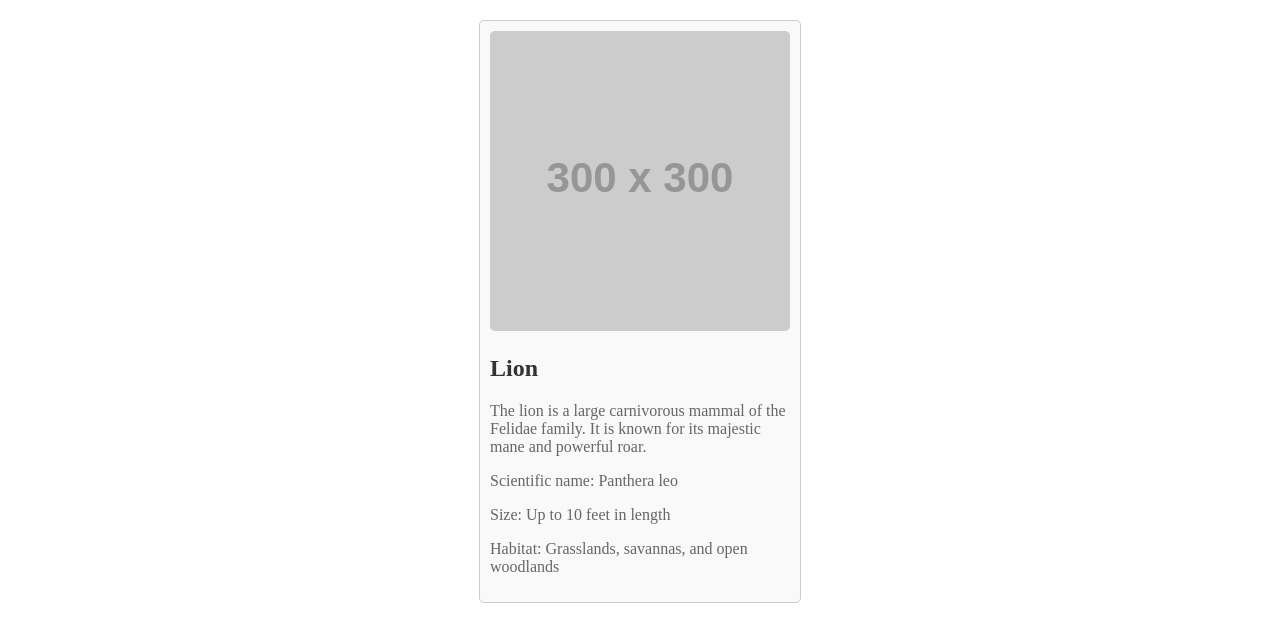
Repository: KingBoyMaylow/Animal-trading-card
Page: index.html
The author's editor kept a copy of each file at every save. The page is drawn from the files as they stood at one save, then again after the next save.
The browser window is 1280 px wide. The pictures show the whole page.

Above is the page before, as saved 2024-05-13 21:26:17.

### index.html
<!DOCTYPE html>
<html lang="en">
<head>
    <meta charset="UTF-8">
    <meta name="viewport" content="width=device-width, initial-scale=1.0">
    <title>Document</title>
</head>
<body>
    <style>C
    body {
        font-family: Arial, sans-serif;
        text-align: center;
    }
    .card {
        width: 300px;
        border: 1px solid #ccc;
        border-radius: 5px;
        margin: 20px auto;
        padding: 10px;
        background-color: #f9f9f9;
    }
    .card img {
        width: 100%;
        border-radius: 5px;
    }
    .card h2 {
        color: #333;
    }
    .card p {
        color: #666;
    }
</style>
</head>
<body>
    <div class="card">
        <img src="https://via.placeholder.com/300" alt="Lion">
        <h2>Lion</h2>
        <p>The lion is a large carnivorous mammal of the Felidae family. It is known for its majestic mane and powerful roar.</p>
        <p>Scientific name: Panthera leo</p>
        <p>Size: Up to 10 feet in length</p>
        <p>Habitat: Grasslands, savannas, and open woodlands</p>
    </div>
</body>
</html>

After the next save:
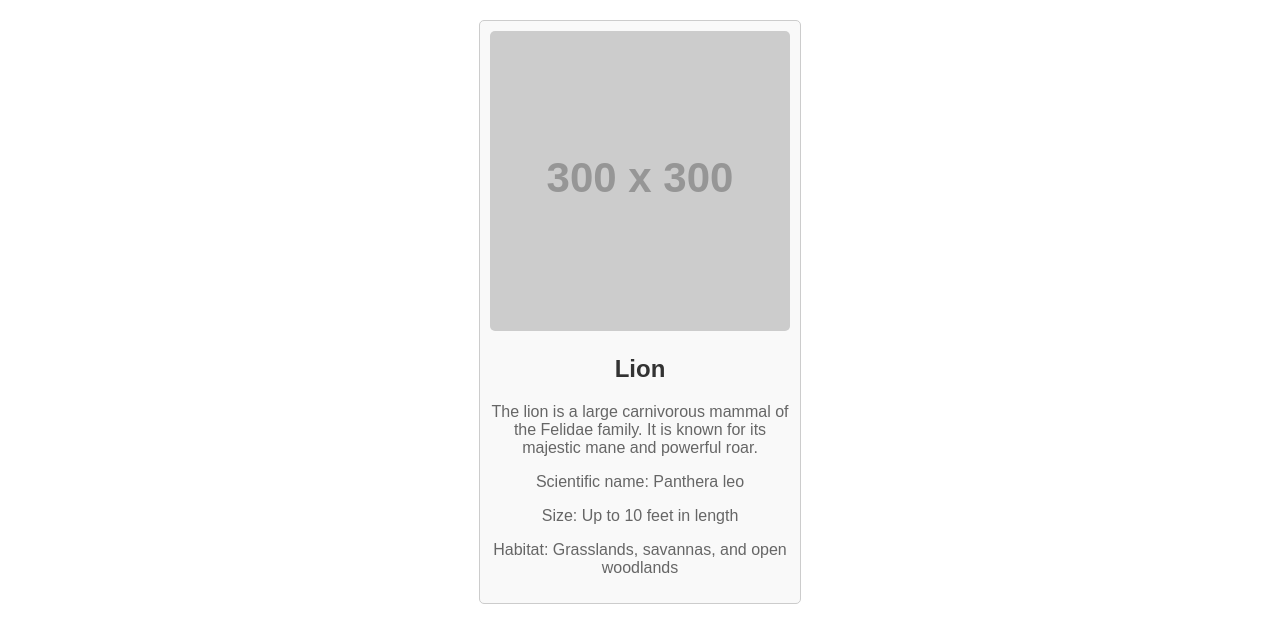
Saved 4 s later.
--- a/index.html
+++ b/index.html
@@ -6,7 +6,7 @@
     <title>Document</title>
 </head>
 <body>
-    <style>C
+    <style>
     body {
         font-family: Arial, sans-serif;
         text-align: center;
